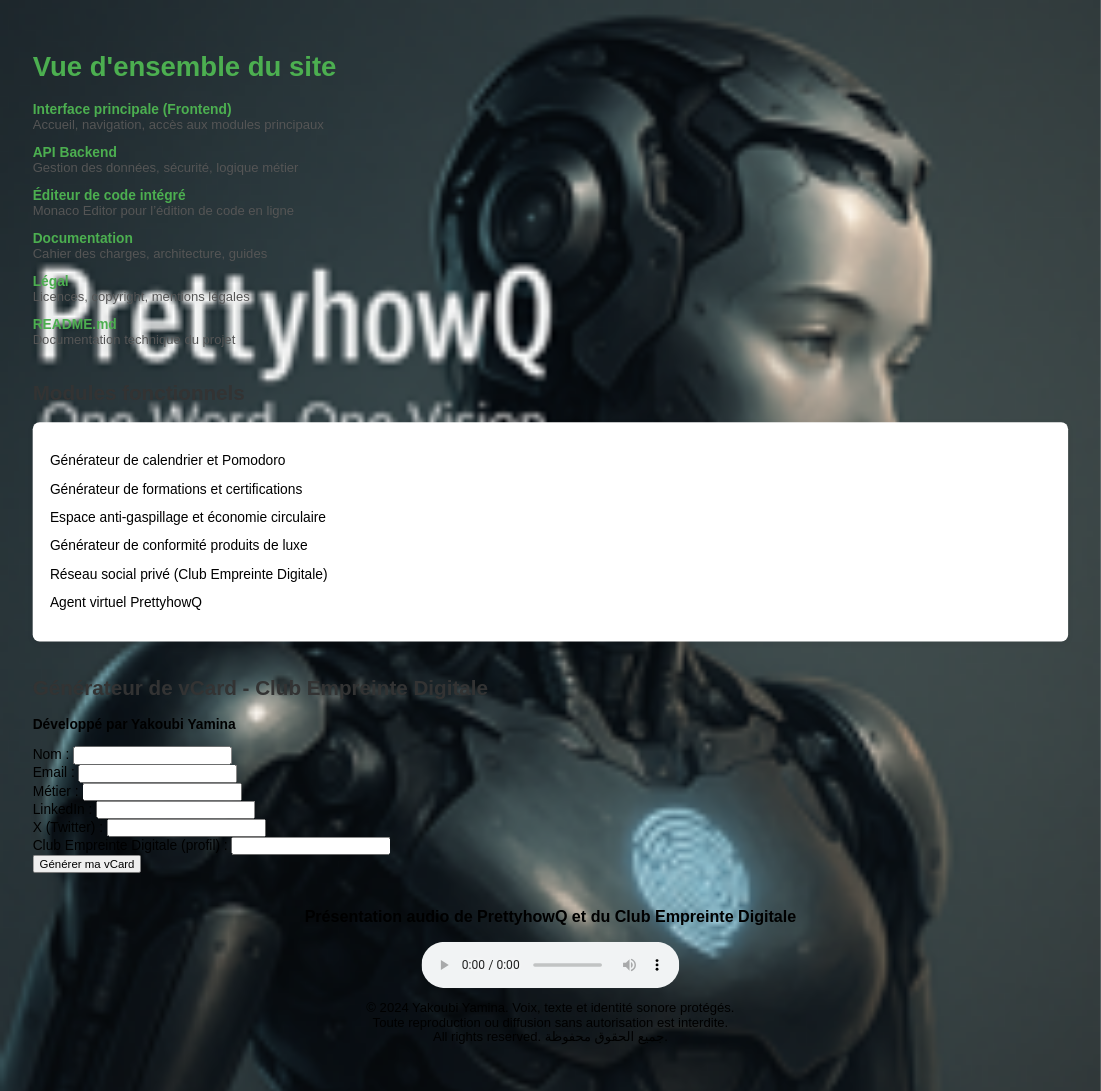
Repository: PrettyhowQ/yakoubi_yamina_CED
Page: <!DOCTYPE html>.html
An editor plug-in stored every save of this project. The page is shown before and after the next save, followed by the edit.
The browser window is 1280 px wide. The pictures show the whole page, at 86% of full size.
Backgrounds fixed to the window are drawn as part of the page.

Above is the page before, as saved 2025-05-19 03:55:06.

### <!DOCTYPE html>.html
<!DOCTYPE html>
<html lang="fr">
<head>
  <meta charset="UTF-8">
  <title>Vue d'ensemble - CEDPro / PrettyhowQ Learn Pro</title>
  <style>
    body { font-family: Arial, sans-serif; background: #f4f4f4; padding: 30px; }
    h1 { color: #4CAF50; }
    ul { list-style: none; padding: 0; }
    li { margin: 15px 0; }
    a { color: #4CAF50; text-decoration: none; font-weight: bold; }
    a:hover { text-decoration: underline; }
    .desc { color: #555; font-size: 0.95em; }
    h2 { margin-top: 40px; color: #333; }
    .modules { background: #fff; border-radius: 8px; padding: 20px; box-shadow: 0 2px 8px #0001; }
    body {
      background: url('PrettyhowQ_logo.png') no-repeat center center fixed;
      background-size: cover;
    }
  </style>
</head>
<body>
  <h1>Vue d'ensemble du site</h1>
  <ul>
    <li>
      <a href="./frontend/index.html" target="_blank">Interface principale (Frontend)</a>
      <div class="desc">Accueil, navigation, accès aux modules principaux</div>
    </li>
    <li>
      <a href="./backend/" target="_blank">API Backend</a>
      <div class="desc">Gestion des données, sécurité, logique métier</div>
    </li>
    <li>
      <a href="./editor-core/" target="_blank">Éditeur de code intégré</a>
      <div class="desc">Monaco Editor pour l’édition de code en ligne</div>
    </li>
    <li>
      <a href="./docs/" target="_blank">Documentation</a>
      <div class="desc">Cahier des charges, architecture, guides</div>
    </li>
    <li>
      <a href="./legal/" target="_blank">Légal</a>
      <div class="desc">Licences, copyright, mentions légales</div>
    </li>
    <li>
      <a href="./README.md" target="_blank">README.md</a>
      <div class="desc">Documentation technique du projet</div>
    </li>
  </ul>
  <h2>Modules fonctionnels</h2>
  <div class="modules">
    <ul>
      <li>Générateur de calendrier et Pomodoro</li>
      <li>Générateur de formations et certifications</li>
      <li>Espace anti-gaspillage et économie circulaire</li>
      <li>Générateur de conformité produits de luxe</li>
      <li>Réseau social privé (Club Empreinte Digitale)</li>
      <li>Agent virtuel PrettyhowQ</li>
    </ul>
  </div>
  <h2>Générateur de vCard - Club Empreinte Digitale</h2>
  <p style="font-weight:bold;">Développé par Yakoubi Yamina</p>
  <form method="post">
    Nom : <input name="name" required><br>
    Email : <input name="email" required><br>
    Métier : <input name="job"><br>
    LinkedIn : <input name="linkedin"><br>
    X (Twitter) : <input name="twitter"><br>
    Club Empreinte Digitale (profil) : <input name="club_profile"><br>
    <button type="submit">Générer ma vCard</button>
  </form>
  <section style="text-align:center; margin-top:40px;">
    <h3>Présentation audio de PrettyhowQ et du Club Empreinte Digitale</h3>
    <audio controls>
      <source src="/static/presentation_prettyhowq.mp3" type="audio/mpeg">
      Votre navigateur ne supporte pas la lecture audio.
    </audio>
    <p style="margin-top:10px; font-size:0.95em;">
      © 2024 Yakoubi Yamina. Voix, texte et identité sonore protégés.<br>
      Toute reproduction ou diffusion sans autorisation est interdite.<br>
      All rights reserved. جميع الحقوق محفوظة.
    </p>
  </section>
</body>
</html>

After the next save:
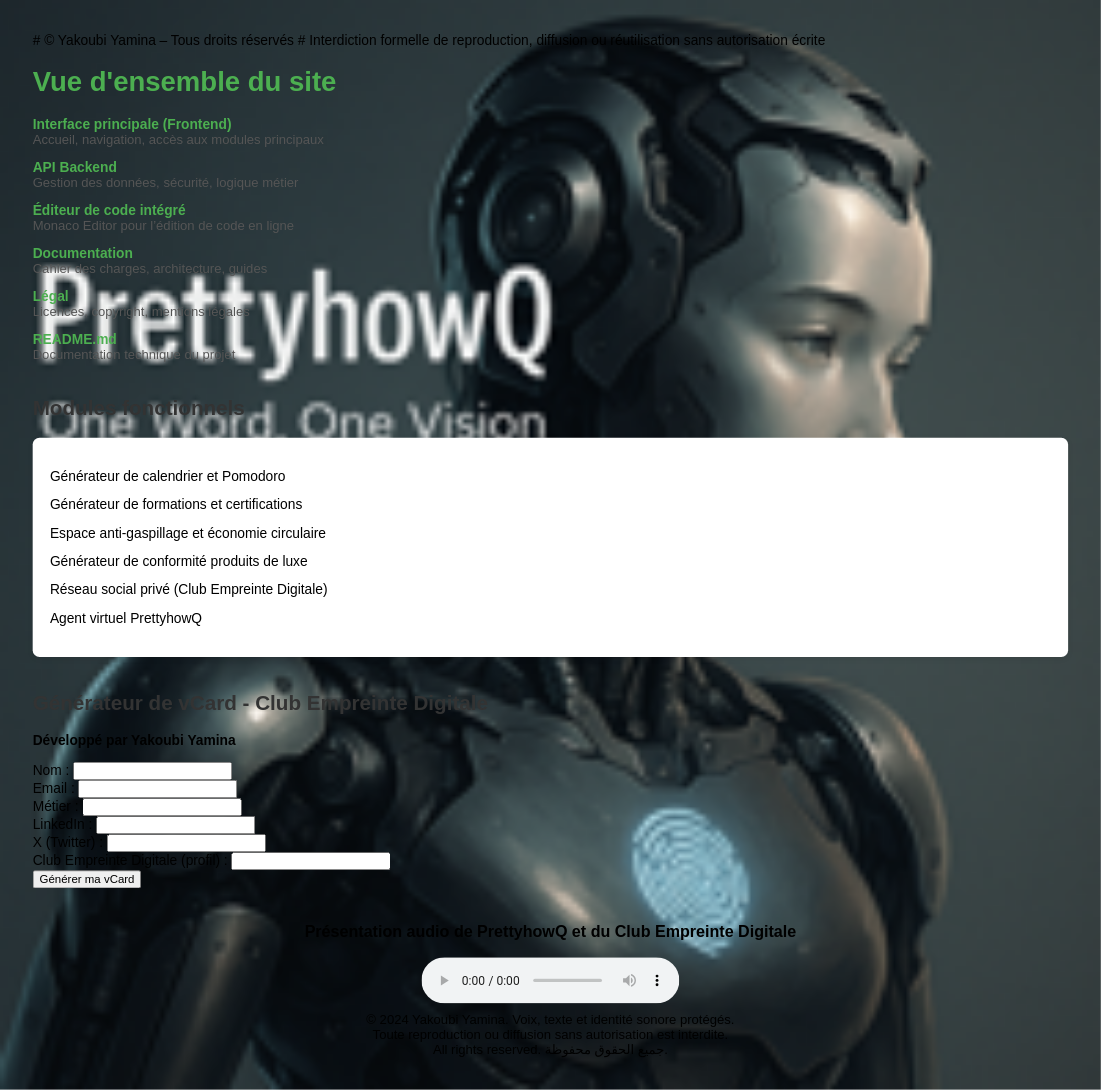
Saved 38 min 27 s later.
--- a/<!DOCTYPE html>.html
+++ b/<!DOCTYPE html>.html
@@ -1,4 +1,6 @@
-<!DOCTYPE html>
+
+# © Yakoubi Yamina – Tous droits réservés
+# Interdiction formelle de reproduction, diffusion ou réutilisation sans autorisation écrite<!DOCTYPE html>
 <html lang="fr">
 <head>
   <meta charset="UTF-8">
